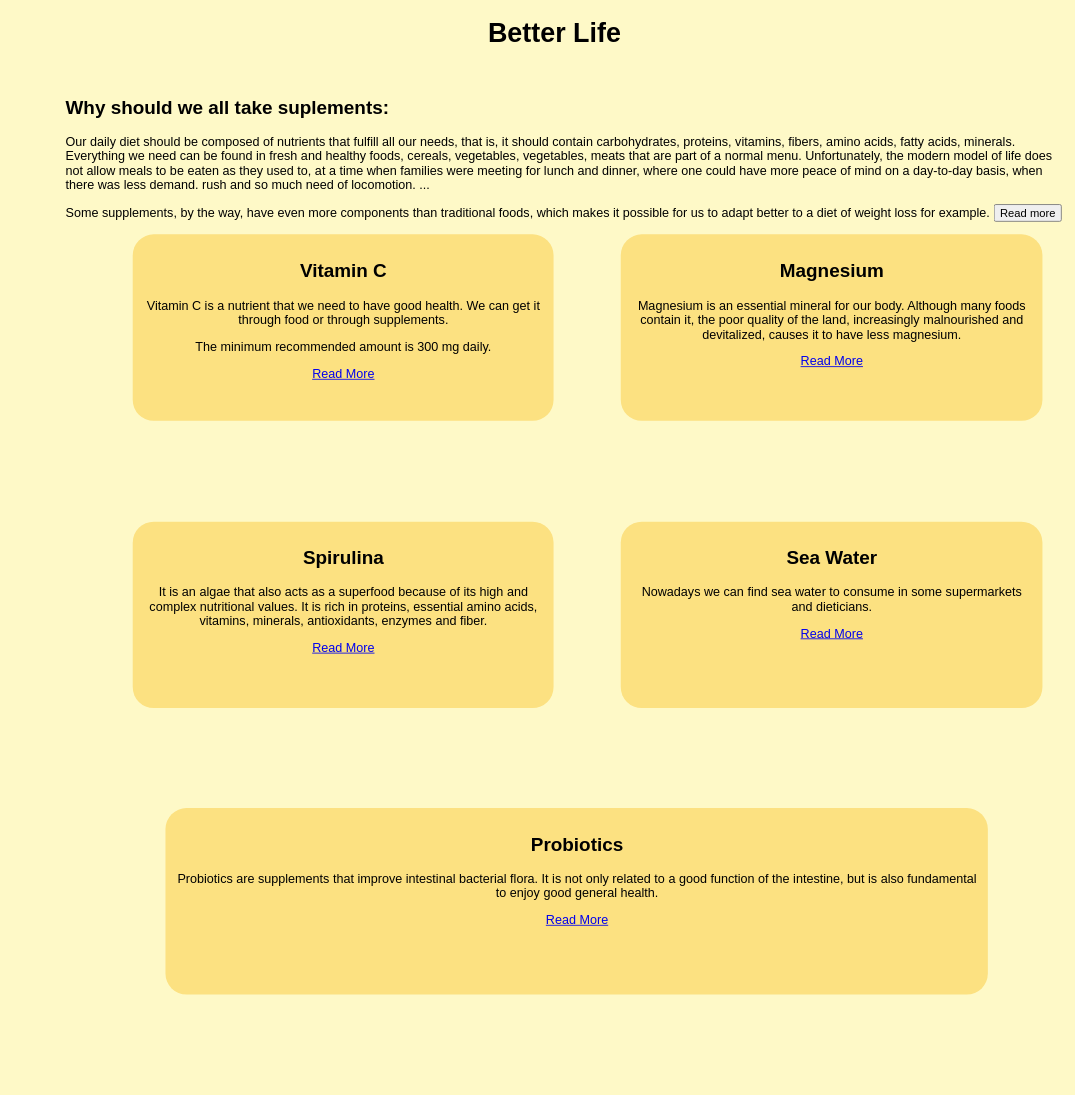
Repository: DSerenoG/Assessment2
Page: index.html
The author's editor kept a record of every edit. The page is drawn from the files as they stood at one moment, then again after the next edit.
The browser window is 1280 px wide. The pictures show the whole page, at 84% of full size.
After loading, the first visible `#myBtn` was clicked once.

Above is the page before.
Console error: ReferenceError: myFunction is not defined

After the next edit:
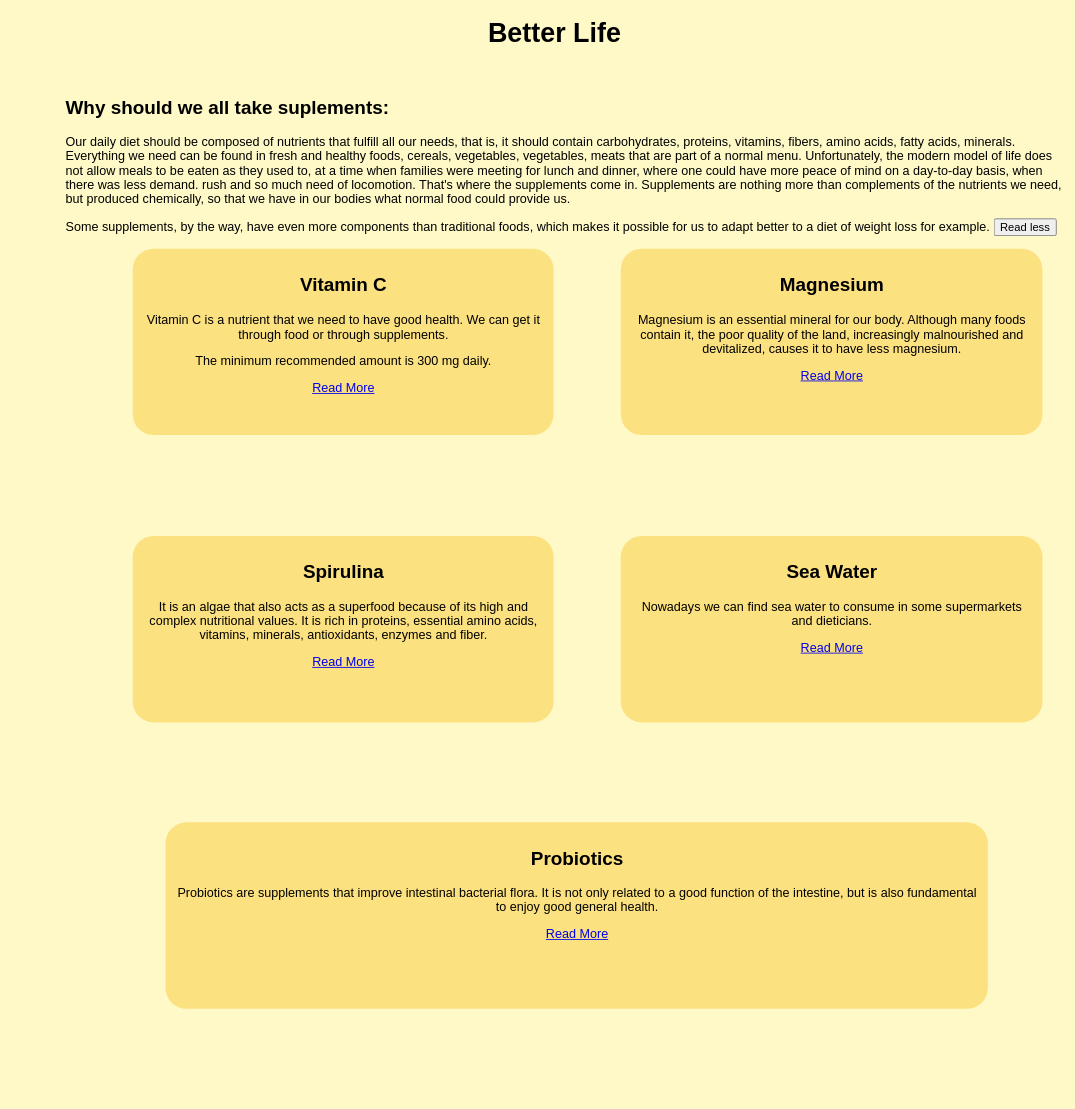
The error is gone.
The edit:
--- a/index.html
+++ b/index.html
@@ -62,7 +62,21 @@
         </suplement5>
 
         <script type="text/javascript">
+        function myFunction() {
+          var dots = document.getElementById("dots");
+          var moreText = document.getElementById("more");
+          var btnText = document.getElementById("myBtn");
 
+          if (dots.style.display === "none") {
+            dots.style.display = "inline";
+            btnText.innerHTML = "Read more";
+            moreText.style.display = "none";
+          } else {
+            dots.style.display = "none";
+            btnText.innerHTML = "Read less";
+            moreText.style.display = "inline";
+          }
+        }
         </script>
 
     </div>
